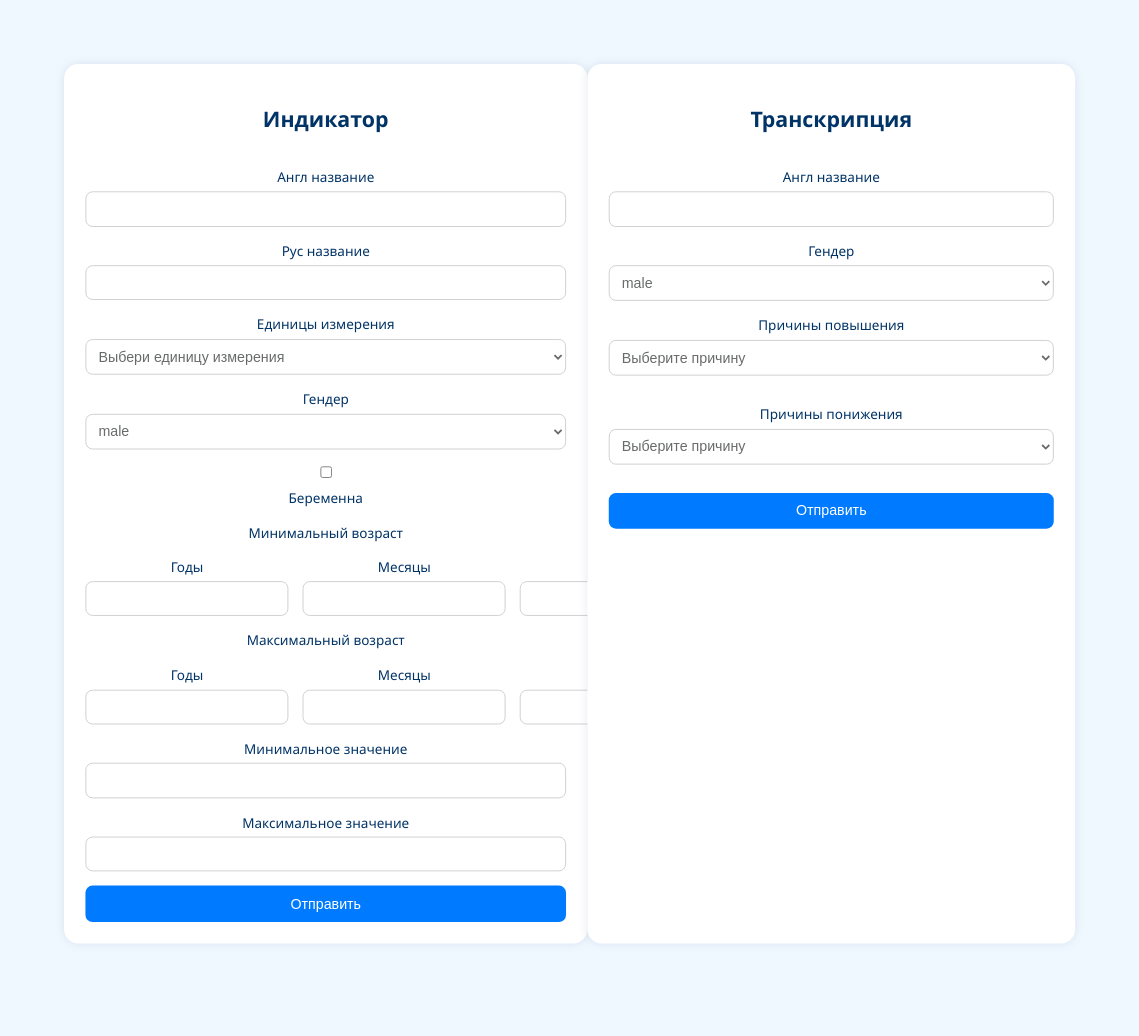
Repository: GGlebux/Transay
Page: / (app in frontend/)
The author's editor kept a copy of each file at every save. The page is drawn from the files as they stood at one save, then again after the next save.
The browser window is 1280 px wide. The pictures show the whole page, at 89% of full size.
The project was rebuilt for these pictures with package versions that can differ from the ones it lists, and the page was loaded fresh each time. Also part of the build but not shown: frontend/vite.config.ts.

Above is the page before, as saved 2025-08-04 16:42:30.

### frontend/src/index.css
:root {
  font-family: system-ui, Avenir, Helvetica, Arial, sans-serif;
  line-height: 1.5;
  font-weight: 400;
  background-color: #f0f8ff;
  color-scheme: light dark;
  color: rgba(255, 255, 255, 0.87);


  font-synthesis: none;
  text-rendering: optimizeLegibility;
  -webkit-font-smoothing: antialiased;
  -moz-osx-font-smoothing: grayscale;
}

input, select {
  background: #ffffff;
  color: rgb(105, 107, 107);
}

### frontend/src/App.tsx
import './styles/forms.css';
import IndicatorForm from './components/IndicatorForm';
import TranscriptForm from './components/TranscriptForm';

function App() {
  return (
    <div className="container">
      <IndicatorForm />
      <TranscriptForm />
    </div>
  );
}

export default App;

### frontend/src/styles/forms.css
#root {
  max-width: 1280px;
  margin: 0 auto;
  padding: 2rem;
  text-align: center;
  background-color: #f0f8ff;
}

.form-label {
  display: flex;
  flex-direction: column;
  font-weight: 500;
  color: #003366;
  font-size: 0.95rem;
  gap: 0.3rem;
}


.container {
  display: flex;
  padding: 2rem;
  background-color: #f0f8ff;
  color: #003366;
  font-family: 'Segoe UI', sans-serif;
}

h1 {
  text-align: center;
  margin-bottom: 2rem;
}

.form-card {
  background: white;
  min-width: 500px;
  padding: 1.5rem;
  border-radius: 1rem;
  box-shadow: 0 0 12px rgba(0, 51, 102, 0.1);
  margin-bottom: 2rem;
  display: flex;
  flex-direction: column;
  gap: 1rem;
}

input,
select {
  padding: 0.6rem;
  border: 1px solid #ccc;
  border-radius: 8px;
  font-size: 1rem;
}

button {
  background-color: #007bff;
  color: white;
  border: none;
  padding: 0.7rem 1.5rem;
  font-size: 1rem;
  border-radius: 8px;
  cursor: pointer;
  transition: background 0.3s ease;
}

button:hover {
  background-color: #0056b3;
}

.age-row {
  display: flex;
  gap: 1rem;
}

.checkbox {
  display: flex;
  align-items: center;
  gap: 0.5rem;
}

.tag-container {
  display: flex;
  flex-wrap: wrap;
  gap: 0.5rem;
}

.tag {
  background-color: #e6f0ff;
  border: 1px solid #007bff;
  color: #003366;
  padding: 0.4rem 0.8rem;
  border-radius: 20px;
  display: flex;
  align-items: center;
  gap: 0.5rem;
}

.tag button {
  background: none;
  border: none;
  font-size: 1.2rem;
  color: #007bff;
  cursor: pointer;
}

### frontend/src/components/IndicatorForm.tsx
import { useState, useEffect } from 'react';

const genders = ['male', 'female', 'both'];

function IndicatorForm() {
  const [units, setUnits] = useState<string[]>([]);

  useEffect(() => {
    // Заменить на свой API
    setUnits(['mg/L', 'mmol/L', 'g/dL']);
  }, []);

return (
  <form className="form-card">
    <h2>Индикатор</h2>

    <label className="form-label">
      Англ название
      <input type="text" />
    </label>

    <label className="form-label">
      Рус название
      <input type="text" />
    </label>

    <label className="form-label">
      Единицы измерения
      <select>
        <option>Выбери единицу измерения</option>
        {units.map((u) => (
          <option key={u}>{u}</option>
        ))}
      </select>
    </label>

    <label className="form-label">
      Гендер
      <select>
        {genders.map((g) => (
          <option key={g} value={g}>
            {g}
          </option>
        ))}
      </select>
    </label>

    <label className="form-label checkbox">
      <input type="checkbox" />
      Беременна
    </label>

    <label className="form-label">Минимальный возраст</label>
    <div className="age-row">
      <label className="form-label">Годы<input type="number" /></label>
      <label className="form-label">Месяцы<input type="number" /></label>
      <label className="form-label">Дни<input type="number" /></label>
    </div>

    <label className="form-label">Максимальный возраст</label>
    <div className="age-row">
      <label className="form-label">Годы<input type="number" /></label>
      <label className="form-label">Месяцы<input type="number" /></label>
      <label className="form-label">Дни<input type="number" /></label>
    </div>

    <label className="form-label">
      Минимальное значение
      <input type="number" step="0.0001" />
    </label>

    <label className="form-label">
      Максимальное значение
      <input type="number" step="0.0001" />
    </label>

    <button type="submit">Отправить</button>
  </form>
);
}

export default IndicatorForm;

### frontend/src/components/TranscriptForm.tsx
import { useState } from 'react';

const genders = ['male', 'female', 'both'];
const exampleReasons = ['Стресс', 'Инфекция', 'Беременность', 'Физнагрузка'];

function TranscriptForm() {
  const [raiseReasons, setRaiseReasons] = useState<string[]>([]);
  const [lowerReasons, setLowerReasons] = useState<string[]>([]);

  const handleSelect = (type: 'raise' | 'lower', value: string) => {
    const set = type === 'raise' ? setRaiseReasons : setLowerReasons;
    const current = type === 'raise' ? raiseReasons : lowerReasons;
    if (!current.includes(value)) set([...current, value]);
  };

  const handleRemove = (type: 'raise' | 'lower', value: string) => {
    const set = type === 'raise' ? setRaiseReasons : setLowerReasons;
    const current = type === 'raise' ? raiseReasons : lowerReasons;
    set(current.filter((r) => r !== value));
  };

 return (
  <form className="form-card">
    <h2>Транскрипция</h2>

    <label className="form-label">
      Англ название
      <input type="text" />
    </label>

    <label className="form-label">
      Гендер
      <select>
        {genders.map((g) => (
          <option key={g} value={g}>
            {g}
          </option>
        ))}
      </select>
    </label>

    <label className="form-label">
      Причины повышения
      <select onChange={(e) => handleSelect('raise', e.target.value)}>
        <option>Выберите причину</option>
        {exampleReasons.map((r) => (
          <option key={r}>{r}</option>
        ))}
      </select>
    </label>

    <div className="tag-container">
      {raiseReasons.map((r) => (
        <span key={r} className="tag">
          {r}
          <button type="button" onClick={() => handleRemove('raise', r)}>
            ×
          </button>
        </span>
      ))}
    </div>

    <label className="form-label">
      Причины понижения
      <select onChange={(e) => handleSelect('lower', e.target.value)}>
        <option>Выберите причину</option>
        {exampleReasons.map((r) => (
          <option key={r}>{r}</option>
        ))}
      </select>
    </label>

    <div className="tag-container">
      {lowerReasons.map((r) => (
        <span key={r} className="tag">
          {r}
          <button type="button" onClick={() => handleRemove('lower', r)}>
            ×
          </button>
        </span>
      ))}
    </div>

    <button type="submit">Отправить</button>
  </form>
);
}

export default TranscriptForm;

Loaded but not shown: frontend/index.html (common file); frontend/src/main.tsx (common file)

After the next save:
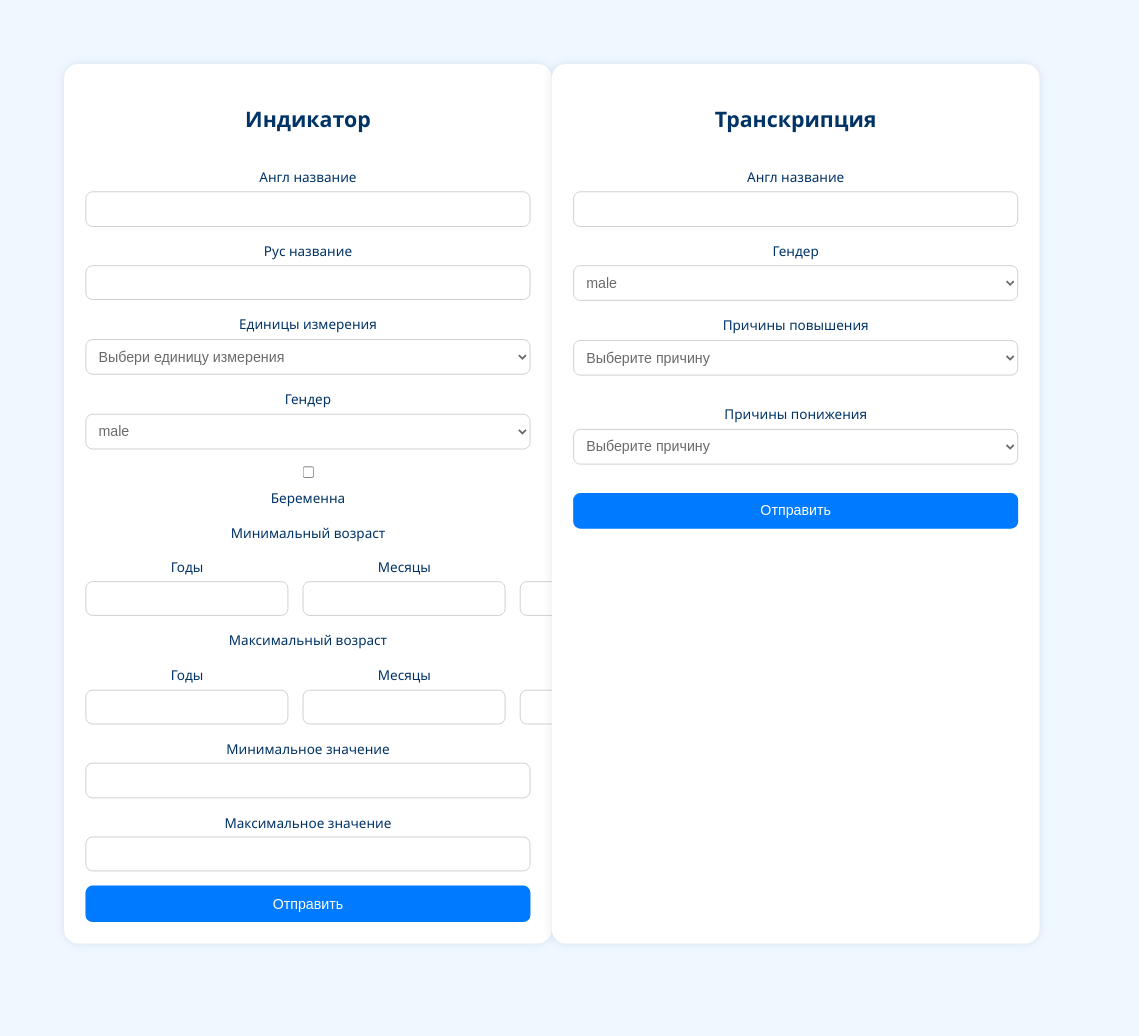
Saved 20 s later.
--- a/frontend/src/styles/forms.css
+++ b/frontend/src/styles/forms.css
@@ -31,7 +31,7 @@ h1 {
 
 .form-card {
   background: white;
-  min-width: 500px;
+  width: 500px;
   padding: 1.5rem;
   border-radius: 1rem;
   box-shadow: 0 0 12px rgba(0, 51, 102, 0.1);
